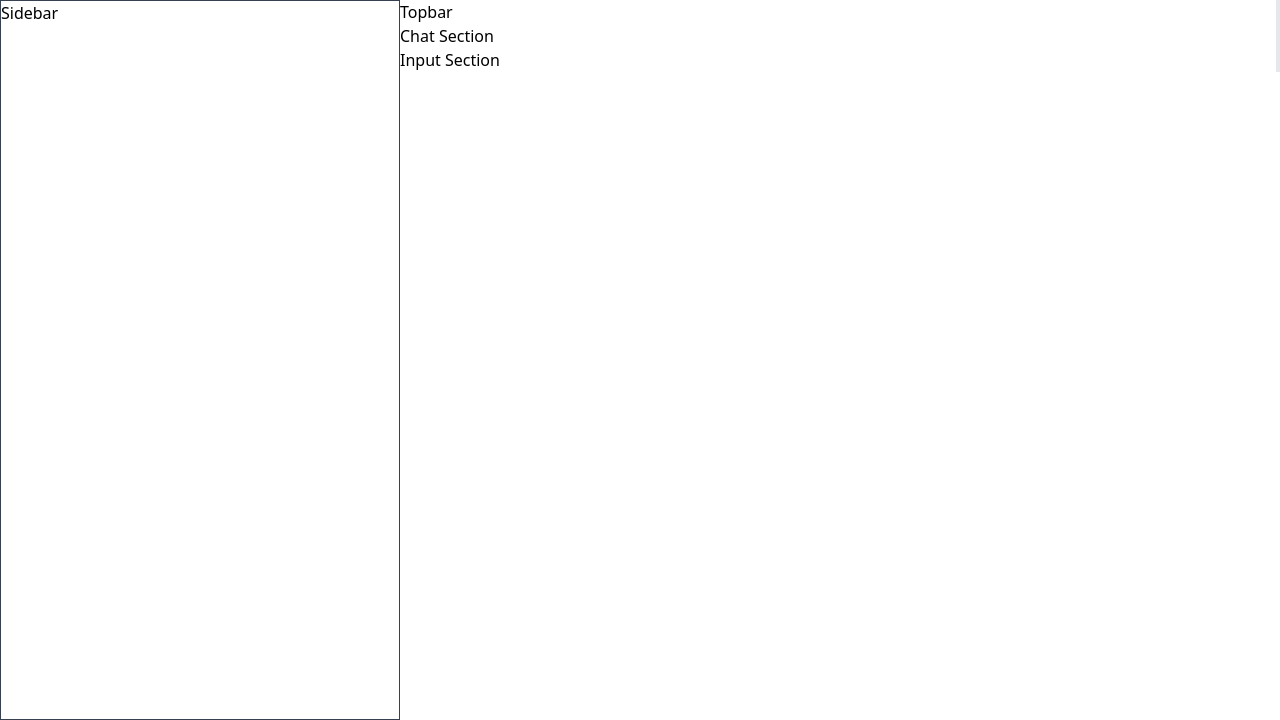
Repository: Qu4ntumGuy/telegram-clone
Page: /
These files come from the project's save history. The page is drawn as it stood at one moment and after the next save; the edit follows.
The browser window is 1280 px wide. The pictures show the whole page.
The project was rebuilt for these pictures with package versions that can differ from the ones it lists, and the page was loaded fresh each time. Also part of the build but not shown: src/Utils/ContextProvider.js.

Above is the page before, as saved 2024-07-15 10:57:43.

After the next save:
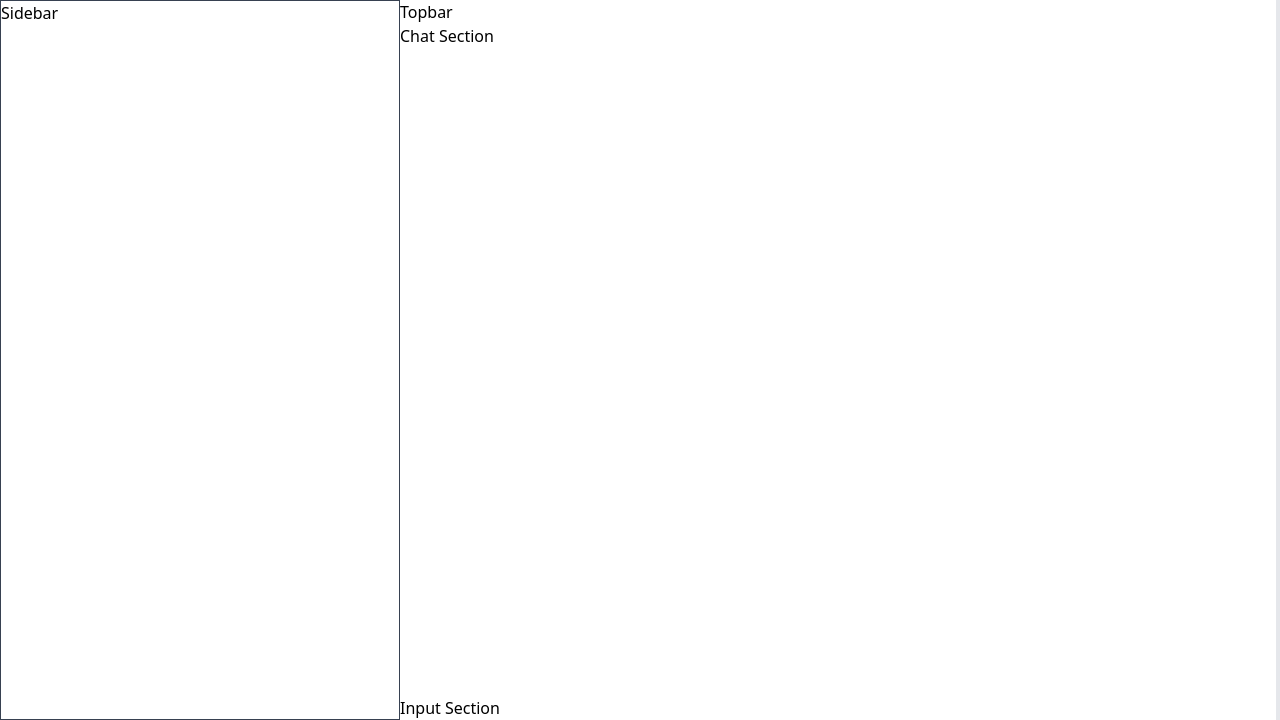
Saved 21 s later.
--- a/src/App.js
+++ b/src/App.js
@@ -6,9 +6,8 @@ function App() {
   return (
     <div className="flex max-w-[105rem] mx-auto">
       <Sidebar />
-      <div className="w-full">
-        <Home />
-      </div>
+
+      <Home />
     </div>
   );
 }
